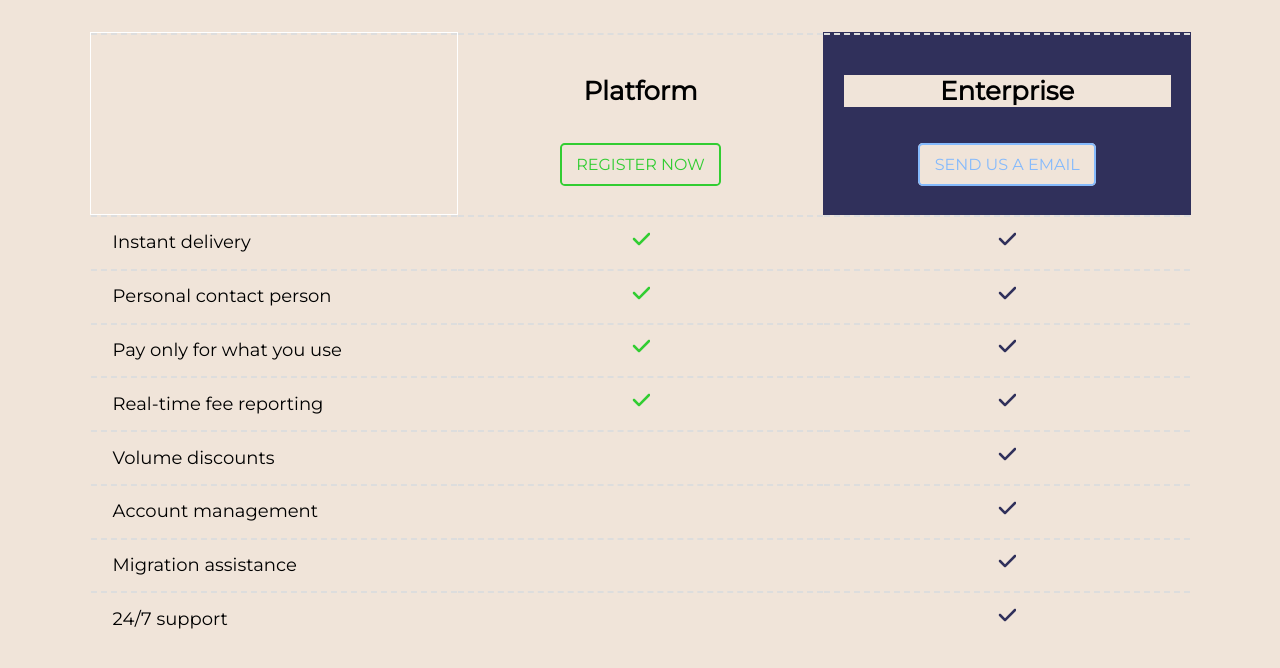
Repository: darlino/gotyu_shopify_section
Page: gotyu_table210223/index.html
The author's editor kept a copy of each file at every save. The page is drawn from the files as they stood at one save, then again after the next save.
The browser window is 1280 px wide. The pictures show the whole page.

Above is the page before, as saved 2023-02-21 12:18:35.

After the next save:
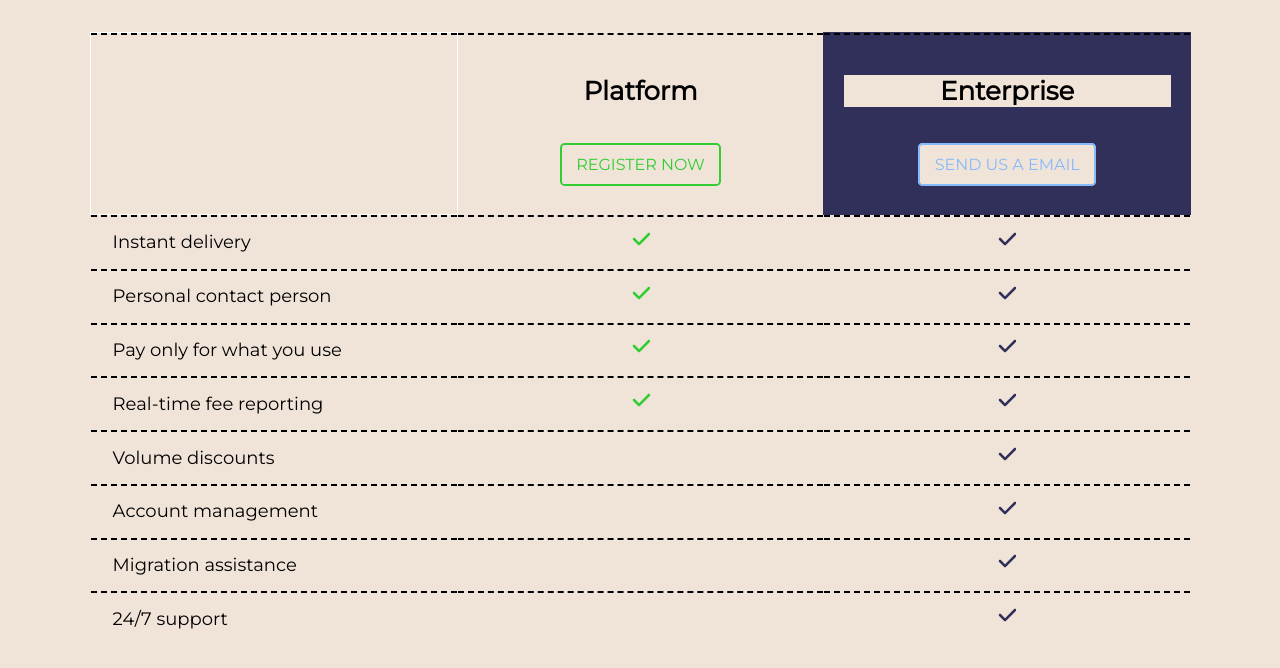
Saved 11 s later.
--- a/gotyu_table210223/style.css
+++ b/gotyu_table210223/style.css
@@ -21,7 +21,7 @@
   padding: 0.8em 1.2em;
   overflow: hidden;
   list-style-type: none;
-  border-top: 2px dashed #ddd;
+  border-top: 2px dashed #000;
   text-align: center;
   font-weight: 300;
   margin-top: 1px;
